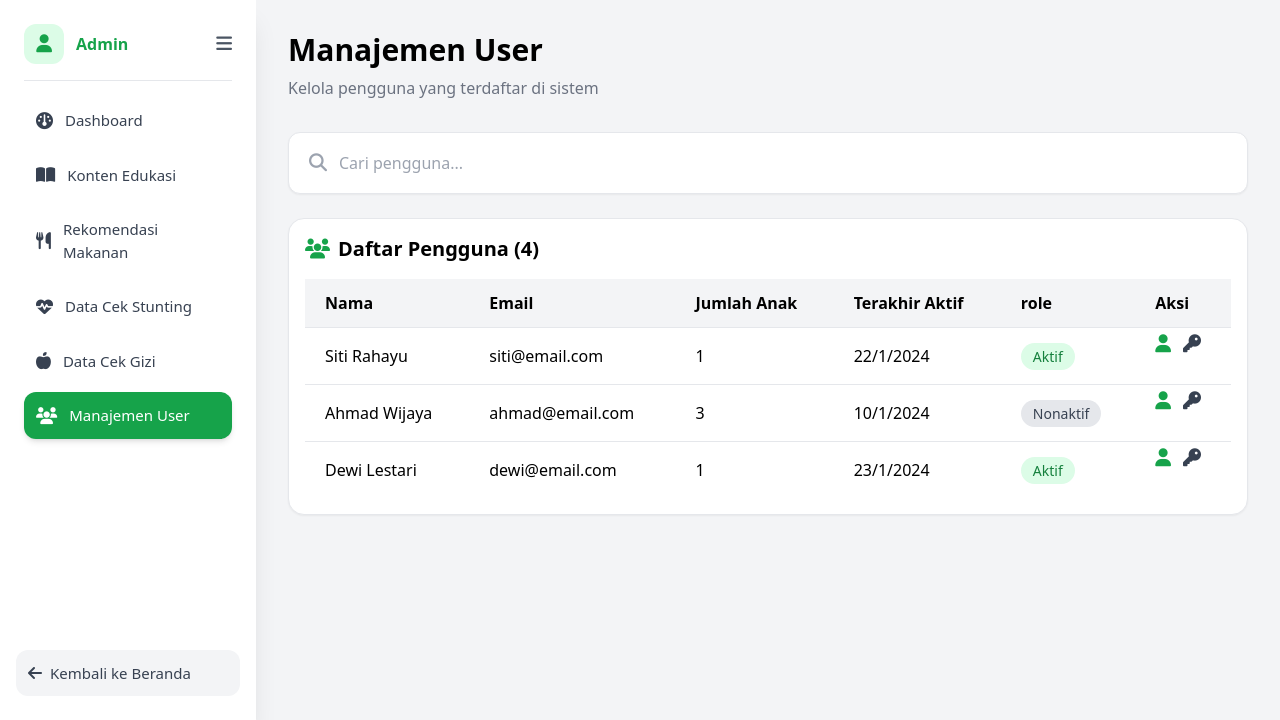
Repository: crashyet/stunting-cerdas
Page: http://localhost/admin/manajemen-user
These files come from the project's save history. The page is drawn as it stood at one moment and after a run of saves; the edit follows.
The browser window is 1280 px wide. The pictures show the whole page.
Some web libraries are served in a nearby version. The page is served by the project's Laravel application, run on PHP 8.4 with Laravel 12. A made-up administrator, Test User (test@example.com), is signed in. Other server files are loaded and not shown. Queries for data that is not in the repository find no rows.

Above is the page before, as saved 2025-12-09 15:46:48.

### routes/web.php
<?php

use Illuminate\Support\Facades\Route;
use App\Http\Controllers\AuthController;
use App\Http\Controllers\EdukasiController;
use App\Http\Controllers\RekomendasiController;
use App\Http\Controllers\Admin\UserController;

/*
|--------------------------------------------------------------------------
| Landing Page
|--------------------------------------------------------------------------
*/
Route::get('/', function () {
    return view('landingpage');
})->name('landing');


/*
|--------------------------------------------------------------------------
| Authentication Routes
|--------------------------------------------------------------------------
*/
Route::get('/login', [AuthController::class, 'showLogin'])->name('login');
Route::post('/login', [AuthController::class, 'login'])->name('login.post');

Route::post('/logout', [AuthController::class, 'logout'])->name('logout');

Route::get('/register', [AuthController::class, 'showRegister'])->name('register');
Route::post('/register', [AuthController::class, 'register'])->name('register.post');


/*
|--------------------------------------------------------------------------
| USER Routes (role:user)
|--------------------------------------------------------------------------
*/
Route::middleware(['auth', 'role:user'])->group(function () {

    // HALAMAN UTAMA SETELAH LOGIN → EDUKASI
    Route::get('/edukasi', [EdukasiController::class, 'index'])->name('user.edukasi');

    // CEK STUNTING
    Route::get('/cek-stunting', function () {
        return view('users.cek-stunting');
    })->name('user.cekstunting');

    // REKOMENDASI MAKANAN (Controller Baru)
    Route::get('/rekomendasi', [RekomendasiController::class, 'index'])
        ->name('user.rekomendasi');

    // DATA ANAK
    Route::get('/data-anak', function () {
        return view('users.data-anak');
    })->name('user.dataanak');

    // DASHBOARD USER
    Route::get('/dashboard', function () {
        return view('users.dashboard');
    })->name('user.dashboard');

});


/*
|--------------------------------------------------------------------------
| ADMIN Routes (role:admin)
|--------------------------------------------------------------------------
*/
Route::middleware(['auth', 'role:admin'])->group(function () {

    Route::get('/admin/dashboard', function () {
        return view('admin.dashboard');
    })->name('admin.dashboard');

    Route::get('/admin/konten-edukasi', function () {
    return view('admin.konten-edukasi');
    });

    Route::get('/admin/rekomendasi-makanan', function () {
    return view('admin.rekomendasi-makanan');
    });

    Route::get('/admin/cek-stunting', function () {
    return view('admin.cek-stunting');
    });

    Route::get('/admin/cek-gizi', function () {
    return view('admin.cek-gizi');
    });


    Route::get('/admin/manajemen-user', [UserController::class, 'index'])
    ->name('admin.users.index');

Route::delete('/admin/manajemen-user/{user}', [UserController::class, 'destroy'])
    ->name('admin.users.destroy');


});

### app/Http/Controllers/Admin/UserController.php
<?php

namespace App\Http\Controllers\Admin;

use App\Http\Controllers\Controller;
use App\Models\User;

class UserController extends Controller
{
    public function index()
    {
        $users = User::all(); // ambil semua user

        return view('admin.manajemen-user', compact('users'));
    }

    public function destroy(User $user)
{
    // Cegah menghapus user dengan role admin
    if ($user->role === 'admin') {
        return redirect()
            ->route('admin.users.index')
            ->with('error', 'User dengan role Admin tidak dapat dihapus!');
    }

    // Cegah admin menghapus akun dirinya sendiri
    if (auth()->id() === $user->id) {
        return redirect()
            ->route('admin.users.index')
            ->with('error', 'Anda tidak dapat menghapus akun Anda sendiri!');
    }

    // Hapus user
    $user->delete();

    return redirect()
        ->route('admin.users.index')
        ->with('success', 'Pengguna berhasil dihapus.');
}


}

### resources/views/admin/manajemen-user.blade.php
@extends('layouts.admin-layout')

@section('title', 'Manajemen User')

@section('sidebar')
    @include('components.sidebar')
@endsection

@section('content')

<div class="flex flex-col animate-[fadeUp_.5s_ease-out]">

    {{-- TITLE --}}
    <h1 class="text-3xl font-bold mb-2 animate-[fadeUp_.55s_ease-out]">Manajemen User</h1>
    <p class="text-gray-500 mb-8 animate-[fadeUp_.6s_ease-out]">Kelola pengguna yang terdaftar di sistem</p>

    {{-- SEARCH BAR --}}
    <div class="bg-white rounded-xl border px-5 py-4 flex items-center gap-3 mb-6 shadow-sm animate-[fadeUp_.65s_ease-out]">
        <i class="fa-solid fa-magnifying-glass text-gray-400 text-lg"></i>
        <input type="text" placeholder="Cari pengguna..."
               class="w-full focus:outline-none text-gray-700">
    </div>

    {{-- TABLE CARD --}}
    <div class="bg-white border rounded-2xl overflow-hidden shadow-sm px-4 py-4 animate-[fadeUp_.75s_ease-out]">

        <h2 class="text-xl font-semibold flex items-center gap-2 mb-4 animate-[fadeUp_.8s_ease-out]">
            <i class="fa-solid fa-users text-green-600"></i>
            Daftar Pengguna (4)
        </h2>

        <table class="w-full text-left">
            <thead class="bg-gray-100 border-b">
                <tr>
                    <th class="py-3 px-5">Nama</th>
                    <th class="py-3 px-5">Email</th>
                    <th class="py-3 px-5">Jumlah Anak</th>
                    <th class="py-3 px-5">Terakhir Aktif</th>
                    <th class="py-3 px-5">role</th>
                    <th class="py-3 px-5">Aksi</th>
                </tr>
            </thead>

            <tbody>
 @foreach ($users as $user)
                {{-- ROW 1 --}}
                <tr class="border-b hover:bg-gray-50 animate-[fadeUp_.85s_ease-out]">
                    <td class="py-4 px-5">{{ $user->name }}</td>
                    <td class="px-5">{{ $user->email }}</td>
                    <td class="px-5"></td>
                    <td class="px-5">{{ $user->updated_at }}</td>
                    <td class="px-5">
                        {{ $user->role }}
                    </td>
                    <td class="px-5 flex gap-3 text-lg">
<form action="{{ route('admin.users.destroy', $user->id) }}" method="POST"
      onsubmit="return confirm('Yakin ingin menghapus user ini?')">
                @csrf
            @method('DELETE')
                        <button class="text-green-600 hover:text-green-800">hapus</button>
                    </form></td>
                </tr>
    @endforeach

                {{-- ROW 2 --}}
                <tr class="border-b hover:bg-gray-50 animate-[fadeUp_.9s_ease-out]">
                    <td class="py-4 px-5">Siti Rahayu</td>
                    <td class="px-5">siti@email.com</td>
                    <td class="px-5">1</td>
                    <td class="px-5">22/1/2024</td>
                    <td class="px-5">
                        <span class="px-3 py-1 text-sm rounded-full bg-green-100 text-green-700">
                            Aktif
                        </span>
                    </td>
                    <td class="px-5 flex gap-3 text-lg">
                        <button class="text-green-600 hover:text-green-800"><i class="fa-solid fa-user"></i></button>
                        <button class="text-gray-700 hover:text-black"><i class="fa-solid fa-key"></i></button>
                    </td>
                </tr>

                {{-- ROW 3 --}}
                <tr class="border-b hover:bg-gray-50 animate-[fadeUp_.95s_ease-out]">
                    <td class="py-4 px-5">Ahmad Wijaya</td>
                    <td class="px-5">ahmad@email.com</td>
                    <td class="px-5">3</td>
                    <td class="px-5">10/1/2024</td>
                    <td class="px-5">
                        <span class="px-3 py-1 text-sm rounded-full bg-gray-200 text-gray-700">
                            Nonaktif
                        </span>
                    </td>
                    <td class="px-5 flex gap-3 text-lg">
                        <button class="text-green-600 hover:text-green-800"><i class="fa-solid fa-user"></i></button>
                        <button class="text-gray-700 hover:text-black"><i class="fa-solid fa-key"></i></button>
                    </td>
                </tr>

                {{-- ROW 4 --}}
                <tr class="hover:bg-gray-50 animate-[fadeUp_1s_ease-out]">
                    <td class="py-4 px-5">Dewi Lestari</td>
                    <td class="px-5">dewi@email.com</td>
                    <td class="px-5">1</td>
                    <td class="px-5">23/1/2024</td>
                    <td class="px-5">
                        <span class="px-3 py-1 text-sm rounded-full bg-green-100 text-green-700">
                            Aktif
                        </span>
                    </td>
                    <td class="px-5 flex gap-3 text-lg">
                        <button class="text-green-600 hover:text-green-800"><i class="fa-solid fa-user"></i></button>
                        <button class="text-gray-700 hover:text-black"><i class="fa-solid fa-key"></i></button>
                    </td>
                </tr>

            </tbody>
        </table>

    </div>

</div>


{{-- CUSTOM ANIMATION --}}
<style>
@keyframes fadeUp {
    0% { opacity: 0; transform: translateY(12px); }
    100% { opacity: 1; transform: translateY(0); }
}
</style>

@endsection

### resources/views/components/sidebar.blade.php
<div id="sidebar"
     class="sidebar w-64 bg-white h-screen shadow-xl fixed left-0 top-0 p-6 transition-all duration-300 z-50">

    {{-- HEADER --}}
    <div class="flex items-center justify-between mb-4">

        <div class="flex items-center gap-3 sidebar-text">
            <div class="w-10 h-10 rounded-xl bg-green-100 flex items-center justify-center">
                <i class="fa-solid fa-user text-green-600 text-[18px]"></i>
            </div>

            <h1 class="text-[16px] font-bold text-green-600">Admin</h1>
        </div>

        <button onclick="toggleSidebar()" class="text-gray-600 hover:text-green-600 transition">
            <i class="fa-solid fa-bars text-[18px]"></i>
        </button>
    </div>

    {{-- Garis --}}
    <div class="w-full h-[1px] bg-gray-200 mt-2 mb-4"></div>


    {{-- MENU --}}
    <ul class="space-y-2 text-gray-700 text-[15px]">

        {{-- Dashboard --}}
        <li>
            <a href="/admin/dashboard"
               class="flex items-center gap-3 p-3 rounded-xl transition
               {{ request()->is('admin/dashboard')
                    ? 'bg-green-600 text-white shadow-md'
                    : 'hover:bg-green-50' }}">

                <i class="fa-solid fa-gauge text-[17px]"></i>
                <span class="sidebar-text">Dashboard</span>
            </a>
        </li>

        {{-- Konten Edukasi --}}
        <li>
            <a href="/admin/konten-edukasi"
               class="flex items-center gap-3 p-3 rounded-xl transition
               {{ request()->is('admin/konten-edukasi')
                    ? 'bg-green-600 text-white shadow-md'
                    : 'hover:bg-green-50' }}">

                <i class="fa-solid fa-book-open text-[17px]"></i>
                <span class="sidebar-text">Konten Edukasi</span>
            </a>
        </li>

        {{-- Rekomendasi Makanan --}}
        <li>
            <a href="/admin/rekomendasi-makanan"
               class="flex items-center gap-3 p-3 rounded-xl transition
               {{ request()->is('admin/rekomendasi-makanan')
                    ? 'bg-green-600 text-white shadow-md'
                    : 'hover:bg-green-50' }}">

                <i class="fa-solid fa-utensils text-[17px]"></i>
                <span class="sidebar-text">Rekomendasi Makanan</span>
            </a>
        </li>

        {{-- Data Cek Stunting --}}
        <li>
            <a href="/admin/cek-stunting"
               class="flex items-center gap-3 p-3 rounded-xl transition
               {{ request()->is('admin/cek-stunting')
                    ? 'bg-green-600 text-white shadow-md'
                    : 'hover:bg-green-50' }}">

                <i class="fa-solid fa-heart-pulse text-[17px]"></i>
                <span class="sidebar-text">Data Cek Stunting</span>
            </a>
        </li>

        {{-- Data Cek Gizi --}}
        <li>
            <a href="/admin/cek-gizi"
               class="flex items-center gap-3 p-3 rounded-xl transition
               {{ request()->is('admin/cek-gizi')
                    ? 'bg-green-600 text-white shadow-md'
                    : 'hover:bg-green-50' }}">

                <i class="fa-solid fa-apple-whole text-[17px]"></i>
                <span class="sidebar-text">Data Cek Gizi</span>
            </a>
        </li>

        {{-- Manajemen User --}}
        <li>
            <a href="/admin/manajemen-user"
               class="flex items-center gap-3 p-3 rounded-xl transition
               {{ request()->is('admin/manajemen-user')
                    ? 'bg-green-600 text-white shadow-md'
                    : 'hover:bg-green-50' }}">

                <i class="fa-solid fa-users text-[17px]"></i>
                <span class="sidebar-text">Manajemen User</span>
            </a>
        </li>

    </ul>

    {{-- BOTTOM BUTTON --}}
    <div class="absolute bottom-6 left-0 w-full px-4">
        <a href="/"
           class="flex items-center gap-2 p-3 bg-gray-100 hover:bg-gray-200 rounded-xl
                  text-gray-700 transition sidebar-text text-[15px]">

            <i class="fa-solid fa-arrow-left text-[16px]"></i>
            <span>Kembali ke Beranda</span>
        </a>
    </div>

</div>

### resources/views/layouts/admin-layout.blade.php
<!DOCTYPE html>
<html lang="id">
<head>
    <meta charset="UTF-8">
    <meta name="viewport" content="width=device-width, initial-scale=1.0">
    <title>@yield('title', 'Dashboard Admin')</title>

    {{-- Tailwind CDN --}}
    <script src="https://cdn.tailwindcss.com"></script>

    {{-- FontAwesome --}}
    <link rel="stylesheet" href="https://cdnjs.cloudflare.com/ajax/libs/font-awesome/6.5.0/css/all.min.css">

    {{-- Chart.js --}}
    <script src="https://cdn.jsdelivr.net/npm/chart.js"></script>

    <style>
        /* Sidebar collapse */
        .sidebar.collapsed {
            width: 70px !important;
            padding-left: 15px !important;
            padding-right: 15px !important;
        }

        .sidebar.collapsed .sidebar-text {
            display: none !important;
        }

        .sidebar.collapsed a {
            justify-content: center !important;
        }
    </style>
</head>

<body class="bg-gray-100 flex">

    {{-- SIDEBAR DIPANGGIL DARI VIEW YANG EXTEND --}}
    @yield('sidebar')

    {{-- MAIN CONTENT --}}
    <main id="content" class="flex-1 p-8 ml-64 transition-all duration-300">
        @yield('content')
    </main>

    <script>
        function toggleSidebar() {
            const sidebar = document.getElementById('sidebar');
            const content = document.getElementById('content');

            sidebar.classList.toggle('collapsed');

            if (sidebar.classList.contains('collapsed')) {
                content.style.marginLeft = "80px";
            } else {
                content.style.marginLeft = "260px";
            }
        }
    </script>


</body>
</html>

Loaded but not shown: app/Models/User.php (common file); app/Http/Controllers/Controller.php (common file)

After the next 2 saves:
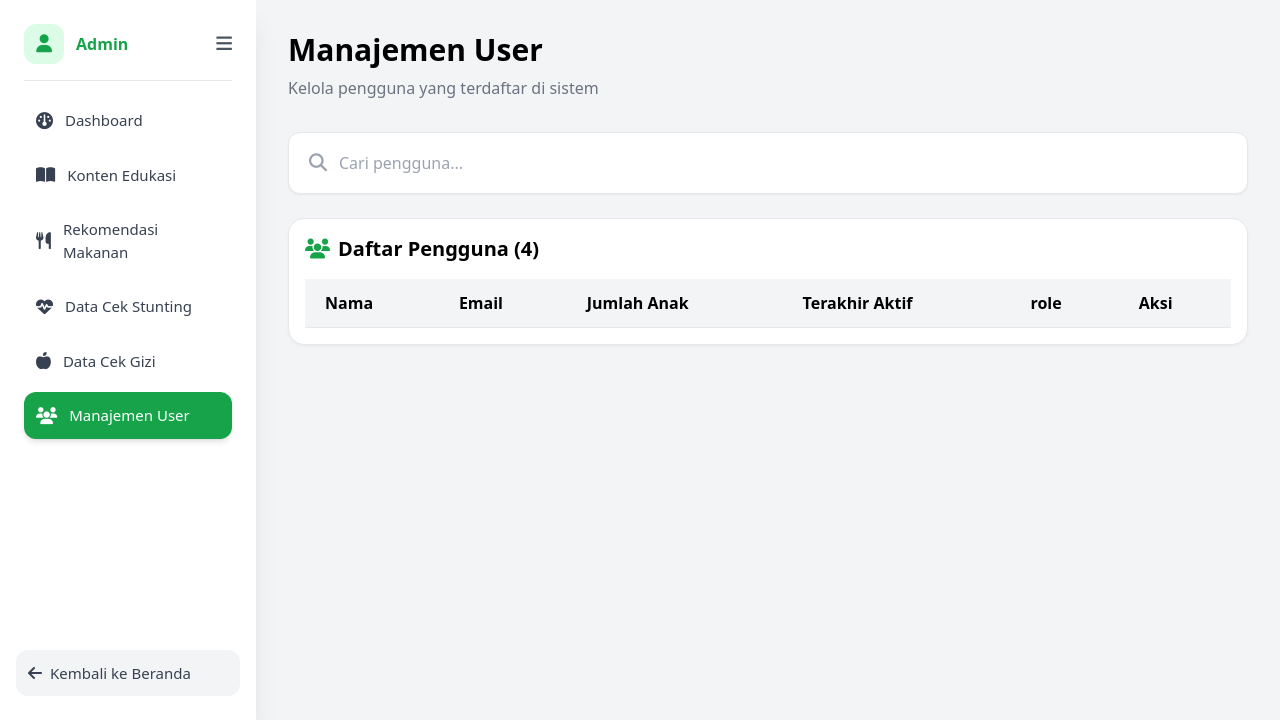
The 2 saves are shown as one change because they came seconds apart.
The last was saved 107 s later.
--- a/resources/views/admin/manajemen-user.blade.php
+++ b/resources/views/admin/manajemen-user.blade.php
@@ -62,57 +62,6 @@
                 </tr>
     @endforeach
 
-                {{-- ROW 2 --}}
-                <tr class="border-b hover:bg-gray-50 animate-[fadeUp_.9s_ease-out]">
-                    <td class="py-4 px-5">Siti Rahayu</td>
-                    <td class="px-5">siti@email.com</td>
-                    <td class="px-5">1</td>
-                    <td class="px-5">22/1/2024</td>
-                    <td class="px-5">
-                        <span class="px-3 py-1 text-sm rounded-full bg-green-100 text-green-700">
-                            Aktif
-                        </span>
-                    </td>
-                    <td class="px-5 flex gap-3 text-lg">
-                        <button class="text-green-600 hover:text-green-800"><i class="fa-solid fa-user"></i></button>
-                        <button class="text-gray-700 hover:text-black"><i class="fa-solid fa-key"></i></button>
-                    </td>
-                </tr>
-
-                {{-- ROW 3 --}}
-                <tr class="border-b hover:bg-gray-50 animate-[fadeUp_.95s_ease-out]">
-                    <td class="py-4 px-5">Ahmad Wijaya</td>
-                    <td class="px-5">ahmad@email.com</td>
-                    <td class="px-5">3</td>
-                    <td class="px-5">10/1/2024</td>
-                    <td class="px-5">
-                        <span class="px-3 py-1 text-sm rounded-full bg-gray-200 text-gray-700">
-                            Nonaktif
-                        </span>
-                    </td>
-                    <td class="px-5 flex gap-3 text-lg">
-                        <button class="text-green-600 hover:text-green-800"><i class="fa-solid fa-user"></i></button>
-                        <button class="text-gray-700 hover:text-black"><i class="fa-solid fa-key"></i></button>
-                    </td>
-                </tr>
-
-                {{-- ROW 4 --}}
-                <tr class="hover:bg-gray-50 animate-[fadeUp_1s_ease-out]">
-                    <td class="py-4 px-5">Dewi Lestari</td>
-                    <td class="px-5">dewi@email.com</td>
-                    <td class="px-5">1</td>
-                    <td class="px-5">23/1/2024</td>
-                    <td class="px-5">
-                        <span class="px-3 py-1 text-sm rounded-full bg-green-100 text-green-700">
-                            Aktif
-                        </span>
-                    </td>
-                    <td class="px-5 flex gap-3 text-lg">
-                        <button class="text-green-600 hover:text-green-800"><i class="fa-solid fa-user"></i></button>
-                        <button class="text-gray-700 hover:text-black"><i class="fa-solid fa-key"></i></button>
-                    </td>
-                </tr>
-
             </tbody>
         </table>
 
